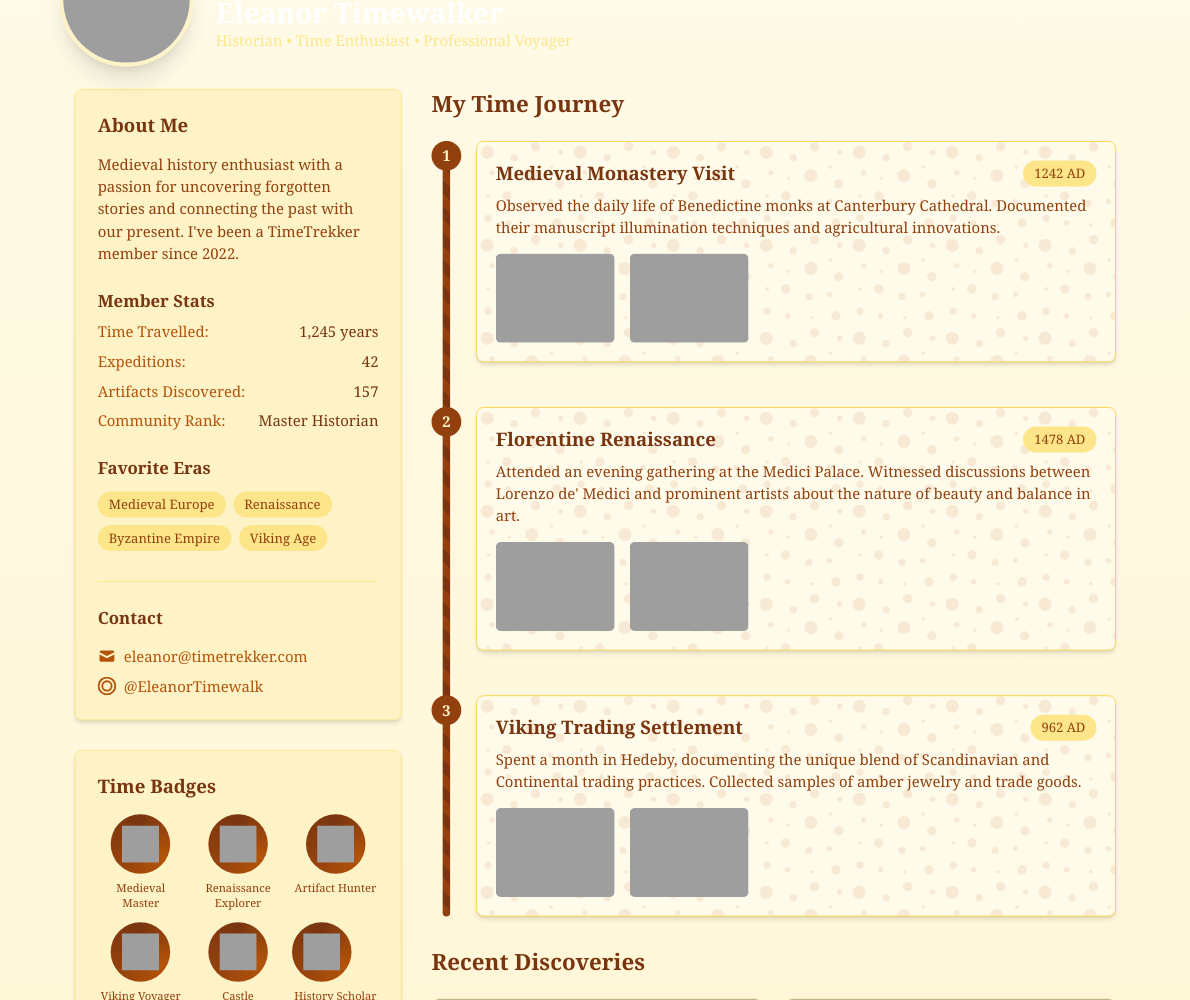
Repository: HamzaChehlaoui/History_Exploration_Website
Page: resources/views/test.html
The author's editor kept a copy of each file at every save. The page is drawn from the files as they stood at one save, then again after the next save.
The browser window is 1280 px wide. The pictures show the part of the page from y = 320 to 1395 px (the page is 2567 px tall), at 93% of full size.
Pictures or frames that could not be fetched are drawn as grey boxes. Some web libraries are served in a nearby version.

Above is the page before, as saved 2025-03-17 14:06:00.

After the next save:
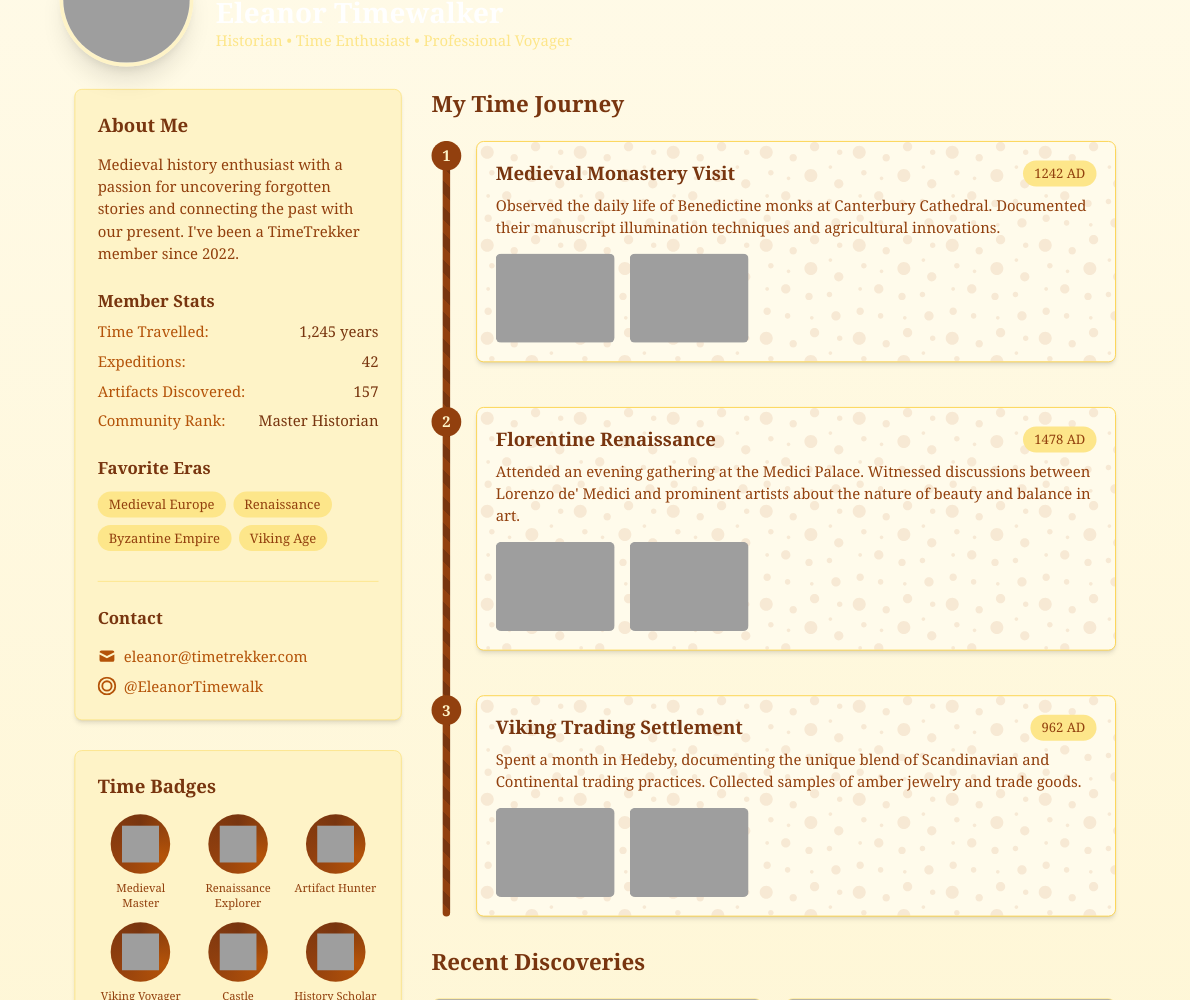
Saved 16 s later.
--- a/resources/views/test.html
+++ b/resources/views/test.html
@@ -166,7 +166,6 @@
                         </div>
                         <span class="text-xs text-amber-800 text-center">Castle Connoisseur</span>
                     </div>
-                    <div class="flex flex-col
                     <div class="flex flex-col items-center">
                         <div class="h-16 w-16 rounded-full time-badge flex items-center justify-center mb-2">
                             <img src="https://cdn-icons-png.flaticon.com/512/3227/3227076.png" alt="Badge" class="h-10 w-10">
